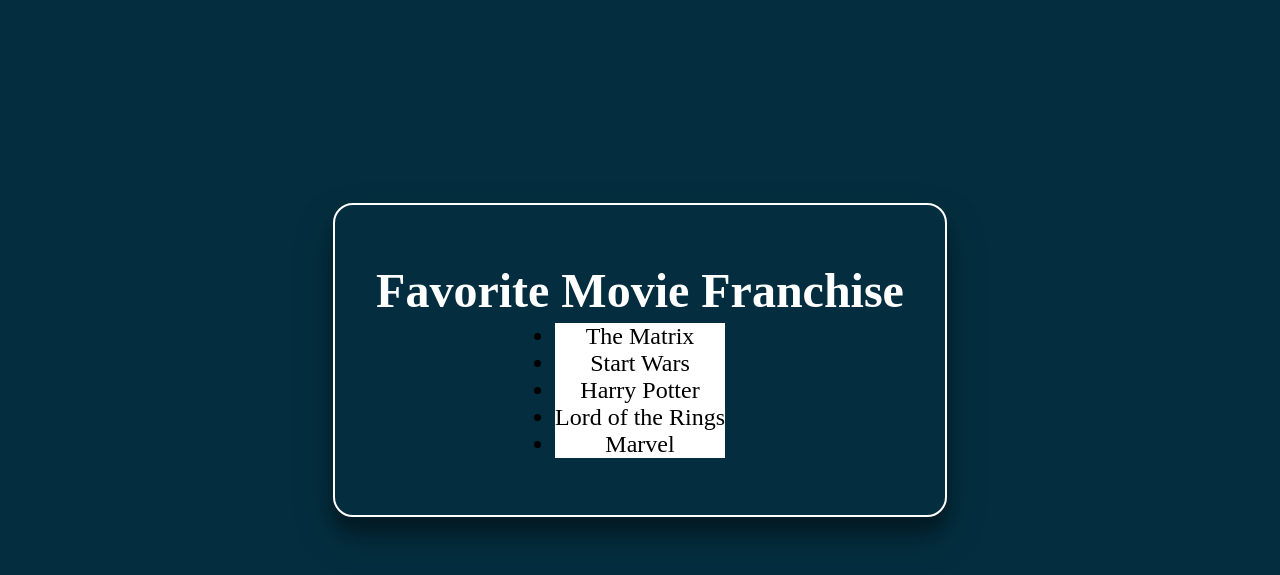
Repository: Ellisvelandia/DOM-Manipulation
Page: index.html
These files come from the project's save history. The page is drawn as it stood at one moment and after a run of saves; the edit follows.
The browser window is 1280 px wide. The pictures show the whole page.

Above is the page before, as saved 2022-08-22 13:39:55.

After the next 2 saves:
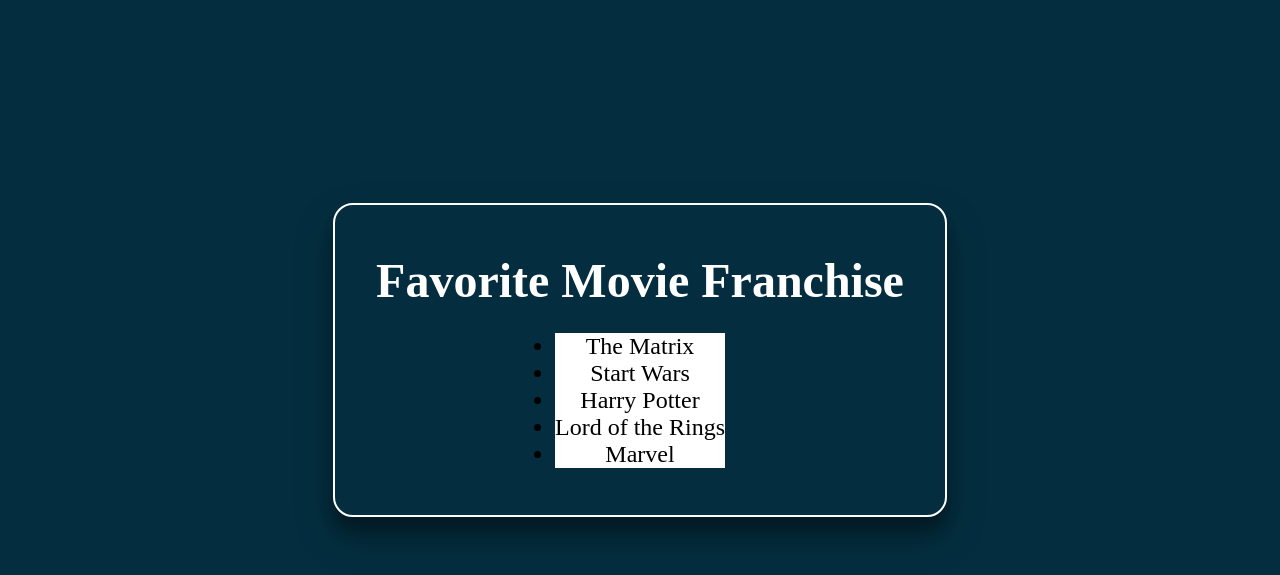
The 2 saves are shown as one change because they came seconds apart.
The last was saved 7 s later.
--- a/style.css
+++ b/style.css
@@ -32,7 +32,7 @@
   font-size: 3rem;
   font-weight: 600;
   color: #fff;
-  margin-bottom: 5px;
+  margin-bottom: 25px;
 }
 
 .list-items {
